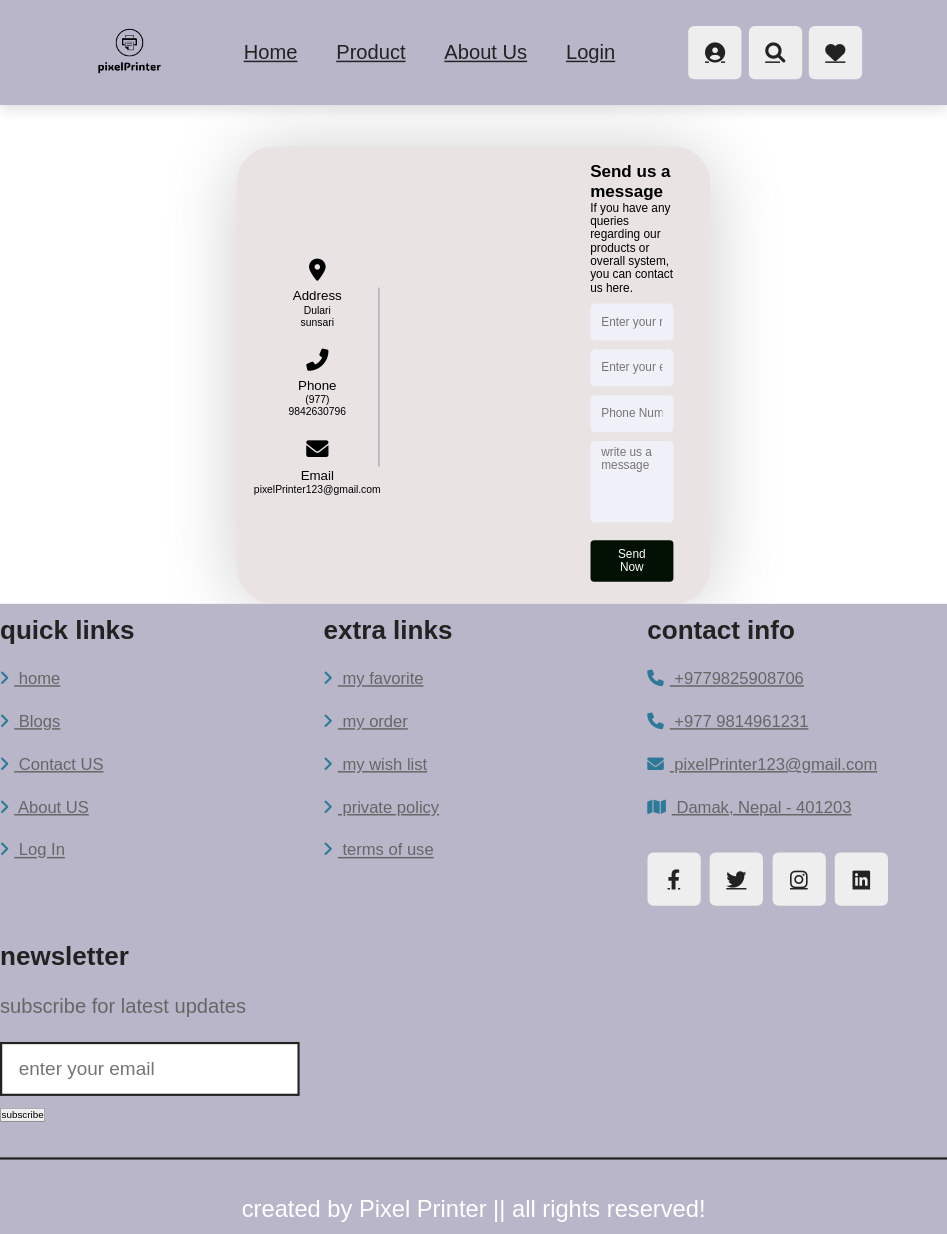
Repository: kritikakittu06/Ecommerce
Page: http://localhost/PixlePrinter/pages/Contact.jsp
These files come from the project's save history. The page is drawn as it stood at one moment and after a run of saves; the edit follows.
The browser window is 1280 px wide. The pictures show the whole page, at 74% of full size.
The page is served by Tomcat 9. Other server files are loaded and not shown.

Above is the page before, as saved 2024-04-15 10:00:44.

### PixlePrinter/src/main/webapp/pages/Contact.jsp
<%@ page language="java" contentType="text/html; charset=ISO-8859-1"
	pageEncoding="ISO-8859-1"%>
<%@ page import="utilities.Utilities"%>
<!DOCTYPE html>
<html lang="en">
<head>
<meta charset="UTF-8">
<meta http-equiv="X-UA-Compatible" content="IE=edge">
<meta name="viewport" content="width=device-width, initial-scale=1.0">
<title>Contact Us</title>
<link rel="stylesheet"
	href="https://cdnjs.cloudflare.com/ajax/libs/font-awesome/6.0.0-beta3/css/all.min.css">
<link rel="stylesheet"
	href="${pageContext.request.contextPath}/css/Contact.css" />
</head>
<body>
	<section id="header" class="header">
		<a href="#"><img
			src="${pageContext.request.contextPath}/Images/logo.png" class="logo"
			style="width: 120px; height: auto;"></a>
		<nav class="navbar">
			<a class="active"
				href="${pageContext.request.contextPath}/pages/Index.jsp">Home</a> <a
				href="${pageContext.request.contextPath}/pages/product.jsp">Product</a>
			<a href="${pageContext.request.contextPath}/pages/Contact.jsp">About
				Us</a> <a href="${pageContext.request.contextPath}/Login.jsp">Login</a>
		</nav>
		<div class="icons">
			<div id="menu-btn" class="fas fa-bars"></div>
			<a href="#" class="fas fa-user-circle"></a> <a href="#"
				class="fas fa-search"></a> <a href="#" class="fas fa-heart"></a>
		</div>
	</section>
	<br>
	<br>
	<div class="message-from-backend">
		<% if (session.getAttribute(Utilities.Successfully_Stored_Message) != null) { %>
		<div class="alert alert-success" role="alert">
			<%= session.getAttribute(Utilities.Successfully_Stored_Message) %>
		</div>
		<% } else if (request.getAttribute(Utilities.ERROR_MESSAGE) != null) {
                  if (request.getAttribute(Utilities.ERROR_MESSAGE).equals(Utilities.INCORRECT_FORM_DATA_MESSAGE)) { %>
		<div class="alert alert-danger" role="alert">
			<%= request.getAttribute(Utilities.ERROR_MESSAGE) %>
		</div>
		<%   } else if (request.getAttribute(Utilities.ERROR_MESSAGE).equals(Utilities.SERVER_ERROR_MESSAGE)) { %>
		<div class="alert alert-danger" role="alert">
			<%= request.getAttribute(Utilities.ERROR_MESSAGE) %>
		</div>
		<%   }
                  } %>
	</div>
	<div class="container">
		<div class="content">
			<div class="left">
				<!-- Address Details -->
				<div class="address details">
					<i class="fas fa-map-marker-alt"></i>
					<div class="topic">Address</div>
					<div class="text-one">Dulari</div>
					<div class="text-two">sunsari</div>
				</div>
				<!-- Phone Details -->
				<div class="phone details">
					<i class="fas fa-phone-alt"></i>
					<div class="topic">Phone</div>
					<div class="text-one">(977) 9842630796</div>
				</div>
				<!-- Email Details -->
				<div class="email details">
					<i class="fas fa-envelope"></i>
					<div class="topic">Email</div>
					<div class="text-one">pixelPrinter123@gmail.com</div>
				</div>
			</div>
			<br> <br>
			<!-- Contact Form -->
			<div class="right">
				<div class="topic-text">Send us a message</div>
				<p >If you have any queries regarding our products or overall
					system, you can contact us here.</p>
				<form action="${pageContext.request.contextPath}/StoreContactUsMessage" method="post">
					<div class="input-box">
						<input name="name" type="text" id="name"
							placeholder="Enter your name" required>
					</div>
					<div class="input-box">
						<input name="email" type="text" id="email"
							placeholder="Enter your email" required>
					</div>
					<div class="input-box">
						<input type="tel" id="phoneNumber" placeholder="Phone Number"
							name="phone_Num">
					</div>
					<div class="input-box message-box">
						<textarea name="message" id="message"
							placeholder="write us a message" rows="4" cols="50" required></textarea>
					</div>
					<div class="button">
						<button type="submit">Send Now</button>
					</div>
				</form>
			</div>
		</div>
	</div>
	<section class="footer">
		<div class="box-container">
			<div class="box">
				<h3>quick links</h3>
				<a class="link" href="#home"> <i class="fas fa-angle-right"></i>
					home
				</a> <a class="link" href="#about"> <i class="fas fa-angle-right"></i>
					Blogs
				</a> <a class="link" href="#shop"> <i class="fas fa-angle-right"></i>
					Contact US
				</a> <a class="link" href="#gallery"> <i class="fas fa-angle-right"></i>
					About US
				</a> <a class="link" href="#message"> <i class="fas fa-angle-right"></i>
					Log In
				</a>
			</div>
			<div class="box">
				<h3>extra links</h3>
				<a class="link" href="#"> <i class="fas fa-angle-right"></i> my
					favorite
				</a> <a class="link" href="#"> <i class="fas fa-angle-right"></i> my
					order
				</a> <a class="link" href="#"> <i class="fas fa-angle-right"></i> my
					wish list
				</a> <a class="link" href="#"> <i class="fas fa-angle-right"></i>
					private policy
				</a> <a class="link" href="#"> <i class="fas fa-angle-right"></i>
					terms of use
				</a>
			</div>
			<div class="box">
				<h3>contact info</h3>
				<a class="link" href="#"> <i class="fas fa-phone"></i> +9779825908706
				</a> <a class="link" href="#"> <i class="fas fa-phone"></i> +977 9814961231
				</a> <a class="link" href="#"> <i class="fas fa-envelope"></i>
					pixelPrinter123@gmail.com
				</a> <a class="link" href="#"> <i class="fas fa-map"></i> Damak, Nepal - 401203
				</a>
				<div class="share">
					<a href="#" class="fab fa-facebook-f"></a> <a href="#"
						class="fab fa-twitter"></a> <a href="#" class="fab fa-instagram"></a>
					<a href="#" class="fab fa-linkedin"></a>
				</div>
			</div>
			<div class="box">
				<h3>newsletter</h3>
				<p>subscribe for latest updates</p>
				<form action="">
					<input type="email" name="" placeholder="enter your email" id=""
						class="email"> <input type="submit" value="subscribe"
						class="btn">
				</form>
			</div>
		</div>
		<div class="credit">
			created by <span>Pixel Printer</span> || all rights reserved!
		</div>
	</section>
</body>
</html>

### PixlePrinter/src/main/webapp/css/Contact.css
@charset "ISO-8859-1";
.header{
    position: sticky;
    top: 0;
    left: 0;
    right: 0;
    z-index: 1000;
    box-shadow: 0 0.5rem 1rem rgba(0,0,0,0.1);
    background:#b9b6ca;
    display: flex;
    align-items: center;
    justify-content: space-between;
    padding:1.5rem 9%;
}
.header .logo{
    font-size: 2.5rem;
    color: #222;
    font-weight: bolder;
}
.header .logo i{
    color: #2d709d;
}
.header .navbar a{
    margin: 0 1.5rem;
    font-size: 1.7rem;
    color: #222;
}
.header .navbar a:hover{
    color: #2d7f85;
}
.header .icons div,
.header .icons a{
    height: 4.5rem;
    width:4.5rem;
    line-height: 4.5rem;
    border-radius: .5rem;
    background: #eee;
    font-size: 1.7rem;
    color: #222;
    margin-left: .3rem;
    text-align: center;
    cursor: pointer;
}
.header .icons a:hover,
.header .icons div:hover{
    background: #298f93;
    color: #fff;
}
.header #menu-btn{
    display: none;
}
@import url('https://fonts.googleapis.com/css2?family=Poppins:wght@200;300;400;500;600;700&display=swap');
*{
  margin: 0;
  padding: 0;
  box-sizing: border-box;
  font-family: "Poppins" , sans-serif;
}
.container{
  width: 50%;
  background:#e9e3e3;
  border-radius: 50px;
  padding: 20px 50px 30px 40px;
  box-shadow: 0 5px 100px rgba(0, 0, 0, 0.2);
  margin: 0 auto;
}
.container .content{
  display: flex;
  align-items: center;
  justify-content: space-between;
}
.container .content .left{
  width: 25%;
  height: 100%;
  display: flex;
  flex-direction: column;
  align-items: center;
  justify-content: center;
  margin-top: 15px;
  position: relative;
}
.content .left::before{
  content: '';
  position: absolute;
  height: 70%;
  width: 2px;
  right: -15px;
  top: 50%;
  transform: translateY(-50%);
  background: #afafb6;
}
.content .left .details{
  margin: 14px;
  text-align: center;
}
.content .left .details i{
  font-size: 30px;
  color: black;
  margin-bottom: 10px;
}
.content .left .details .topic{
  font-size: 18px;
  font-weight: 500;
}
.content .left .details .text-one,
.content .left .details .text-two{
  font-size: 14px;
  color: #000002;
}
.container .content .right{
  width: 75%;
  margin-left: 300px;
}
.content .right .topic-text{
  font-size: 23px;
  font-weight: 600;
  color: #000000;
}
.right .input-box{
  height: 50px;
  width: 100%;
  margin: 12px 0;
}
.right .input-box input,
.right .input-box textarea{
  height: 100%;
  width: 100%;
  border: none;
  outline: none;
  font-size: 16px;
  background: #F0F1F8;
  border-radius: 6px;
  padding: 0 15px;
  resize: none;
}
.right .message-box{
  min-height: 110px;
}
.right .input-box textarea{
  padding-top: 6px;
}
.right .button{
  display: inline-block;
  margin-top: 12px;
}
.right .button input[type="button"]{
  color: #fff;
  font-size: 18px;
  outline: none;
  border: none;
  padding: 8px 16px;
  border-radius: 6px;
  background: #000000;
  cursor: pointer;
  transition: all 0.3s ease;
}
.button input[type="button"]:hover{
  background: #760a0a;
}

@media (max-width: 950px) {
  .container{
    width: 90%;
    padding: 30px 40px 40px 35px ;
  }
  .container .content .right{
   width: 75%;
   margin-left: 55px;
}
}
@media (max-width: 820px) {
  .container{
    margin: 40px 0;
    height: 100%;
  }
  .container .content{
    flex-direction: column-reverse;
  }
 .container .content .left{
   width: 100%;
   flex-direction: row;
   margin-top: 40px;
   justify-content: center;
   flex-wrap: wrap;
 }
 .container .content .left::before{
   display: none;
 }
 .container .content .right{
   width: 100%;
   margin-left: 0;
 }
}
.button button {
  background-color: #021103;
  color: white;
  padding: 10px 20px;
  border: none;
  border-radius: 5px;
  cursor: pointer;
  font-size: 16px;
}

.button button:hover {
  background-color: #0e57c4;
}

.footer{
    background:#b9b6ca;
}

.footer .box-container{
    display: grid;
    grid-template-columns: repeat(auto-fit, minmax(25rem, 1fr));
    gap:2rem;
}
.footer .box-container .box h3{
    font-size: 2.2rem;
    color: #222;
    padding:1rem 0;
}
.footer .box-container .box .link{
    padding:1rem 0;
    font-size: 1.4rem;
    color: #666;
    display:block;
}
.footer .box-container .box .link i{
    padding-right: .5rem;
    color: #2d7997;
}
.footer .box-container .box .link:hover{
    color: #308b87;
}
.footer .box-container .box .link:hover i{
    padding-right: 2rem;
}
.footer .box-container .box .share{
    margin-top: 2rem;
}
.footer .box-container .box .share a{
    height:4.5rem;
    width:4.5rem;
    line-height: 4.5rem;
    font-size: 1.7rem;
    border-radius: .5rem;
    background: #eee;
    text-align: center;
    color: #222;
    margin-right: .5rem;
}
.footer .box-container .box .share a:hover{
    color: #fff;
    background: #2f8997;
}
.footer .box-container .box p{
    padding: 1rem 0;
    font-size: 1.7rem;
    color: #666;
}
.footer .box-container .box form .email{
    border:0.2rem solid #222;
    width: 100%;
    padding:1.2rem 1.4rem;
    text-transform: none;
    color: #666;
    margin: 1rem 0;
    font-size: 1.6rem;
}
.footer .credit{
    text-align: center;
    padding: 1rem;
    padding-top:3rem;
    margin-top: 3rem;
    font-size: 2rem;
    border-top: 0.2rem solid #222;
    color: #fff;
}
.footer .credit span{
   color: #333;
}


.message-from-backend {
  margin-top: 20px;
}

.message-from-backend .alert {
  padding: 10px;
  margin-bottom: 10px;
  border-radius: 5px;
}

.message-from-backend .alert-success {
  color: #155724;
  background-color: #d4edda;
  border-color: #c3e6cb;
}

.message-from-backend .alert-danger {
  color: #721c24;
  background-color: #f8d7da;
  border-color: #f5c6cb;
}

After the next 2 saves:
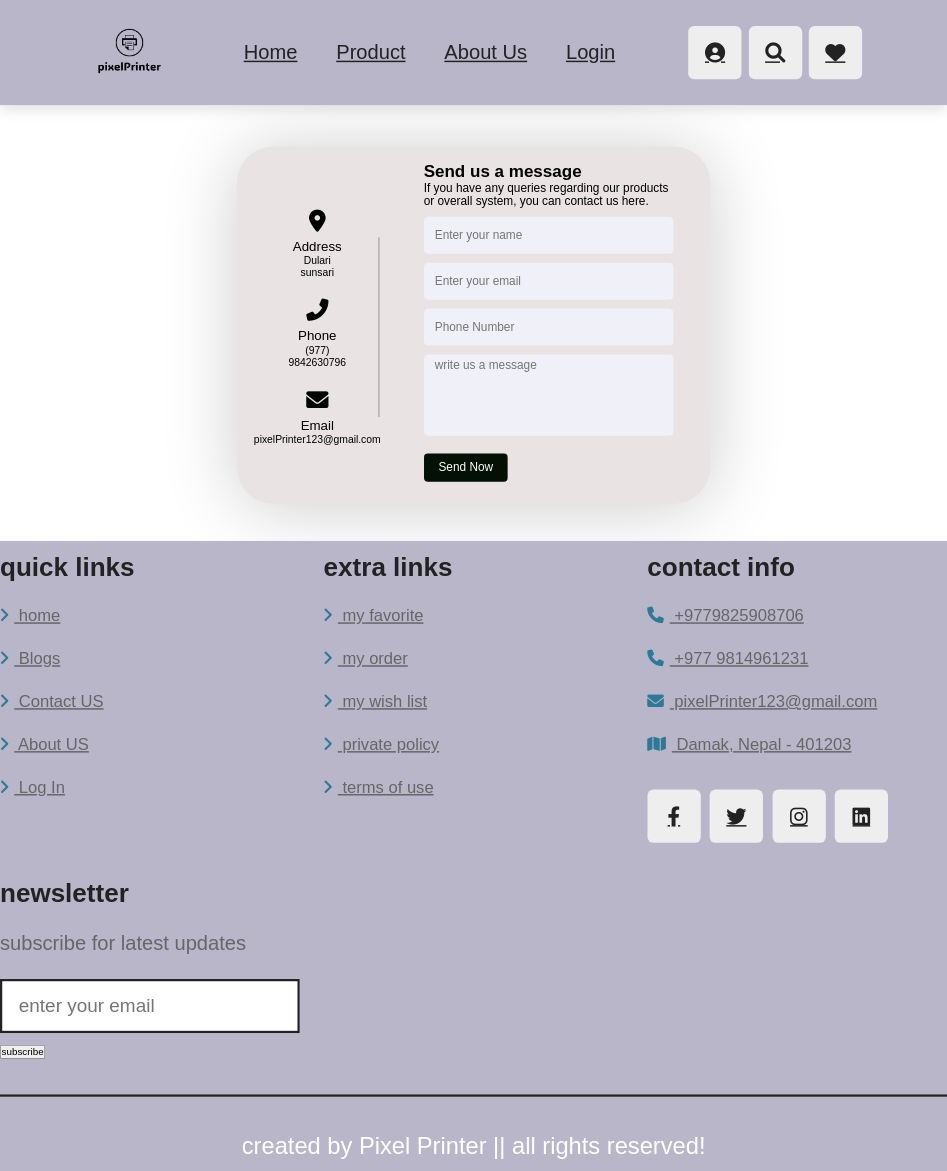
The 2 saves are shown as one change because they came seconds apart.
The last was saved 67 s later.
--- a/PixlePrinter/src/main/webapp/css/Contact.css
+++ b/PixlePrinter/src/main/webapp/css/Contact.css
@@ -109,7 +109,7 @@
 }
 .container .content .right{
   width: 75%;
-  margin-left: 300px;
+  margin-left: 75px;
 }
 .content .right .topic-text{
   font-size: 23px;
@@ -207,6 +207,7 @@
 
 .footer{
     background:#b9b6ca;
+    margin-top: 50px;
 }
 
 .footer .box-container{
